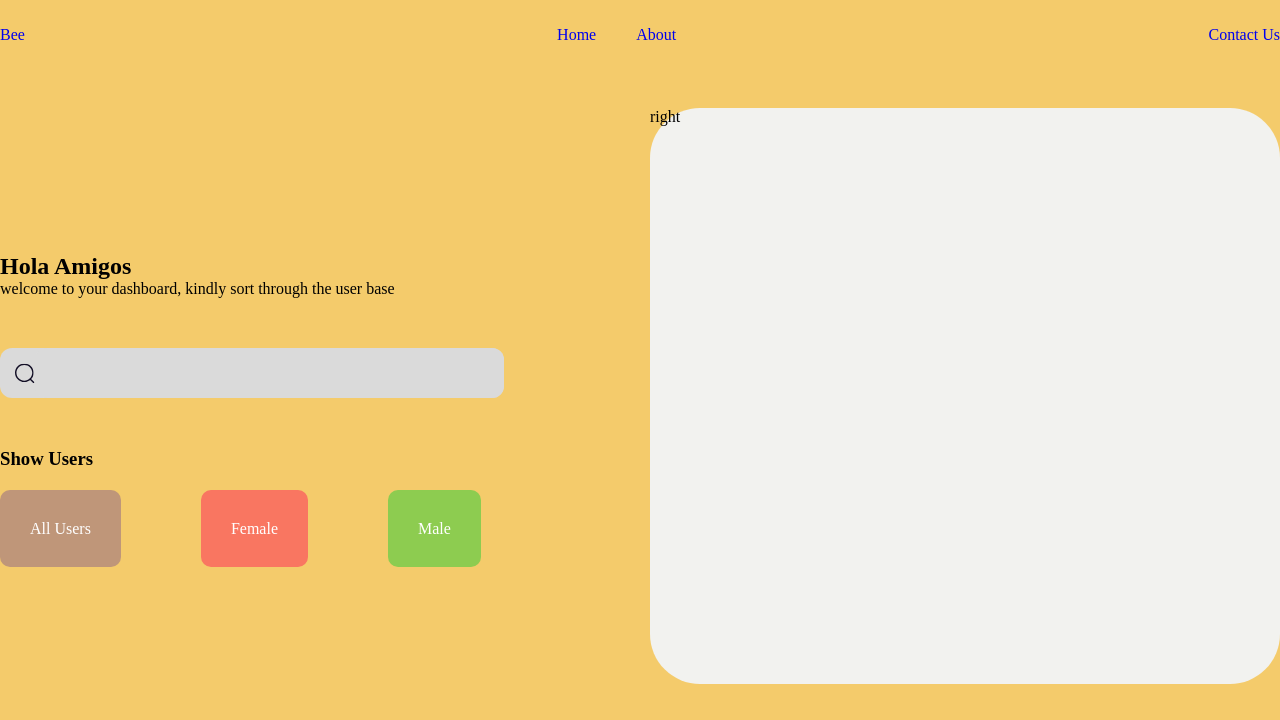
Repository: ble-syn/Random-user-generator-app
Page: /
An editor plug-in stored every save of this project. The page is shown before and after the next save, followed by the edit.
The browser window is 1280 px wide. The pictures show the whole page.
The project was rebuilt for these pictures with package versions that can differ from the ones it lists, and the page was loaded fresh each time. Also part of the build but not shown: src/pages/About.jsx, src/pages/Policy.jsx, src/pages/Terms.jsx, src/pages/Contact.jsx, src/pages/NotFound.jsx.

Above is the page before, as saved 2022-10-26 01:19:38.

### src/index.css
*{
  margin: 0;
  padding: 0;
  box-sizing: border-box;
}
a {
  text-decoration: none;
}

body {
  background-color: #F4CB6B;
}
.container {
  width: 100%;
  max-width: 1300px;
  margin: 0 auto;

}

nav {
  display: flex;
  justify-content: space-between;
  margin: 2% 0 5%;
}
.menu {
  margin: 0 20px;
}

.home-container{
  display: flex;

  align-items: center;
}
/* LEFT STYLES */
#left {
  flex: 5;
}
#left h1 {
  font-size: 3rem;
  font-weight: 700;
  color: #fff;
  margin-bottom: 20px;
}
.search-input {
  width: 80%;
  background-color: #dadada;
  border-radius: 12px;
  border: none;
  display: flex;
  place-items: center;
  padding-left: 15px;
  margin: 50px 0;
}
input {
  border: none;
  border-radius: 12px;
  background-color: inherit;
  width: 100%;
  height: 50px;
  padding-left: 5px;
  font-size: 20px;
}
input:focus {
  outline: none;
}
input::placeholder {
  color: #171717;
}
.user-link-cont {
  margin-top: 50px;
}
.user-link{
  margin-right: 80px;
  padding: 30px;
  border-radius: 10px;
  color: #FFF;
  cursor: pointer;
}
.all-user {
  background-color: #BF9679;
}
.female-user{
  background-color: #F97661;
}
.male-user{
background-color: #8DCC50;
}

#right{
  height: 80vh;
 flex: 5;
  margin-left: 20px;
  background-color: #F2F2EF;
  border-radius: 50px;
}

### src/App.js
import { BrowserRouter as Router, Routes, Route, Navigate} from "react-router-dom";
import Navbar from "./components/Navbar";
import Home from "./pages/Home";
import About from "./pages/About";
import Policy from "./pages/Policy";
import Terms from "./pages/Terms";
import Contact from "./pages/Contact";
import NotFound from "./pages/NotFound";

function App() {
  return (
    <div className="container">
      <Router>
      <Navbar />
        <Routes>
          <Route path="/" element={<Home />} />
          <Route path="/about" element={<About />}>
            <Route path="policy" element={<Policy />} />
            <Route path="terms" element={<Terms />} />
          </Route>
          <Route path="/contact" element={<Contact />} />
          <Route path="/not-found" element={<NotFound />} />
          <Route path="*" element={<Navigate to="/not-found" />} />
        </Routes>
      </Router>

    </div>
  );
}

export default App;

### src/components/Navbar.jsx
import React from "react";
import { Link } from "react-router-dom";

function Navbar() {
    return (
      <nav className="header">
        <div className="logo">
          <Link to="/">Bee</Link>
        </div>


        <div>
            <Link to="/about" className="menu">Home</Link>

            <Link to="/contact" className="menu">About</Link>
        </div>
        <div>
            <Link to="/">Contact Us</Link>
        </div>
      </nav>
    );
  }

export default Navbar;

### src/pages/Home.jsx
import React from "react";
import { Link } from "react-router-dom";
import { ReactComponent as Search } from "../assets/Search.svg"

function Home() {
  return (
    <div className="home-container">
      <div id="left">
        <h2>Hola Amigos</h2>
        <p>welcome to your dashboard, kindly sort through the user base</p>
        <form action="" className="search-input">
          <Search />
          <input type="text" name="" id="" />
        </form>
        <h3>Show Users</h3>
        <div className="user-link-cont">
          <Link className="user-link all-user" to="/login">All Users</Link>
          <Link className="user-link female-user" to="/register">Female</Link>
          <Link className="user-link male-user" to="/about">Male</Link>
        </div>
      </div>
      <div id="right">
        right
      </div>
    </div>
  );
}

export default Home;

Loaded but not shown: public/index.html (common file); src/index.js (common file); src/reportWebVitals.js (common file)

After the next save:
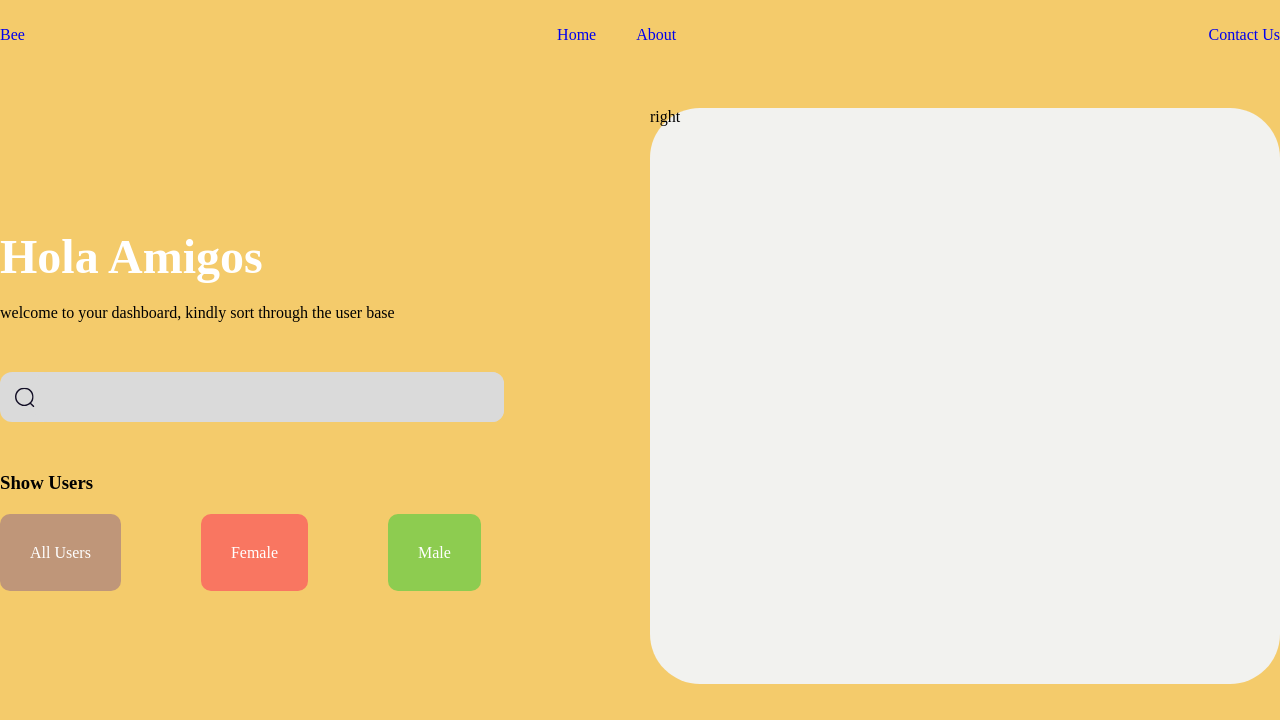
Saved 16 s later.
--- a/src/pages/Home.jsx
+++ b/src/pages/Home.jsx
@@ -6,7 +6,7 @@ function Home() {
   return (
     <div className="home-container">
       <div id="left">
-        <h2>Hola Amigos</h2>
+        <h1>Hola Amigos</h1>
         <p>welcome to your dashboard, kindly sort through the user base</p>
         <form action="" className="search-input">
           <Search />
